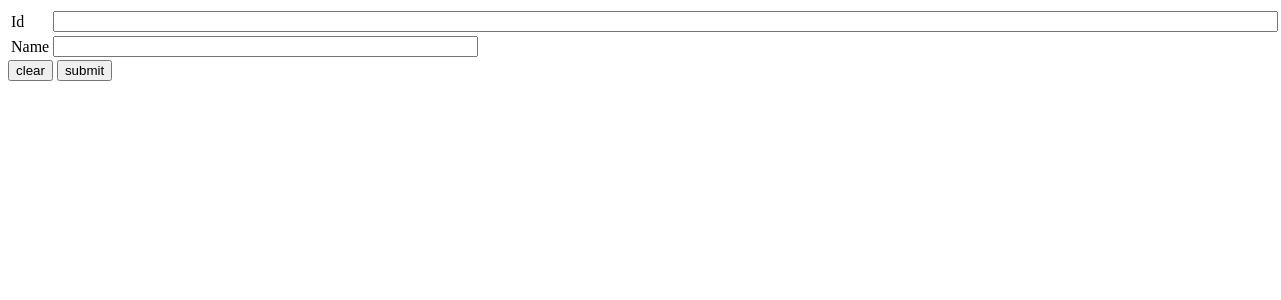
Repository: sandypatidar/my-all-java-code
Page: http://localhost/Jdbc/
These files come from the project's save history. The page is drawn as it stood at one moment and after the next save; the edit follows.
The browser window is 1280 px wide. The page is 1281 px wide, then 1280 px, so the pictures cover 1281 px, including what lies to the right of the window. The pictures show the whole page.
The page is served by Tomcat 9.

Above is the page before, as saved 2019-05-30 18:48:20.

After the next save:
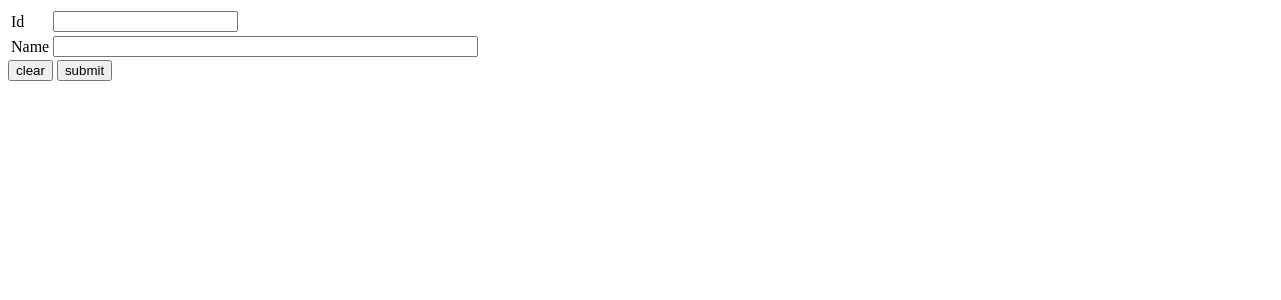
Saved 12 s later.
--- a/eclipse-workspace/eclipse-workspace/Jdbc/WebContent/index.jsp
+++ b/eclipse-workspace/eclipse-workspace/Jdbc/WebContent/index.jsp
@@ -9,7 +9,7 @@
 		<tbody>
 			<tr>
 				<td>Id</td>
-				<td><input type="text" name ="num" size="150"></td>
+				<td><input type="number" name ="num" size="150"></td>
 			</tr>
 			<tr>
 				<td>Name</td>
